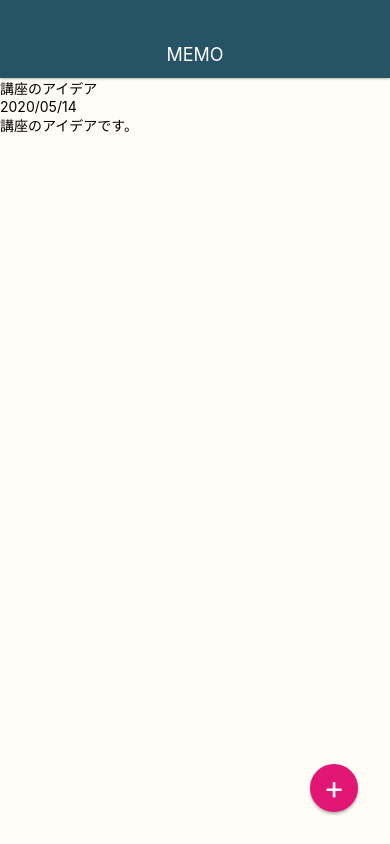
Repository: NagataRyuji0630/memo_app_for_reactNative
Page: /
The author's editor kept a copy of each file at every save. The page is drawn from the files as they stood at one save, then again after the next save.
The browser window is 390 px wide. The pictures show the whole page.
The app was drawn by React Native's web renderer in a window 390 px wide. The project was rebuilt for these pictures with package versions that can differ from the ones it lists, and the page was loaded fresh each time. Also part of the build but not shown: src/components/MemoList.jsx, src/screens/MemoListScreen.jsx.

Above is the page before, as saved 2020-05-14 09:59:07.

### App.js
import React from 'react';
import { StyleSheet, View } from 'react-native';
import AppBar from './src/components/AppBar';
import MemoListScreen from './src/screens/MemoListScreen'
import MemoDtailScreen from './src/screens/MemoDetailScreen';


export default class App extends React.Component {
  render() {
    return (
      <View style={styles.container}>
        <AppBar />
        <MemoDtailScreen />
      </View>
    );
  }
}

const styles = StyleSheet.create({
  container: {
    flex: 1,
    backgroundColor: '#FFFDF6',
    alignItems: 'center',
    justifyContent: 'center',
    paddingTop: 78,
  },
});

### src/components/AppBar.jsx
import React from 'react';
import { Component } from 'react';
import { StyleSheet, View, Text } from 'react-native';

const styles = StyleSheet.create({
    appbar: {
        position: 'absolute',
        top: 0,
        left: 0,
        right: 0,
        height: 78,
        paddingTop: 30,
        backgroundColor: '#265366',
        justifyContent: 'center',
        alignItems: 'center',
        shadowColor: '#000',
        shadowOffset: { width: 0, height: 0 },
        shadowOpacity: 0.5,
        shadowRadius: 3,
        zIndex: 10,
    },
    appbarTitle: {
        color: '#fff',
        fontSize: 18,
    },
});

class AppBar extends Component {
    render() {
        return (
            <View style={styles.appbar}>
                <View>
                    <Text style={styles.appbarTitle}>MEMO</Text>
                </View>
            </View>
        );
    }
}

export default AppBar;

### src/screens/MemoDetailScreen.jsx
import React from 'react';
import { Component } from 'react';
import { StyleSheet, View, Text } from 'react-native';
import CircleBtn from '../elements/CircleBtn';

const styles = StyleSheet.create({
    containar: {
        flex: 1,
        width: '100%',
    },
    memoHeader: {},
    memoHeaderTitle: {},
    memoHeaderDate: {},
    memoContent: {},
});

class MemoDetailScreen extends Component {
    render() {
        return (
            <View style={styles.containar}>
                <View style={styles.memoHeader}>
                    <Text style={styles.memoHeaderTitle}>講座のアイデア</Text>
                    <Text style={styles.memoHeaderDate}>2020/05/14</Text>
                </View>

                <View style={styles.memoContent}>
                    <Text>講座のアイデアです。</Text>
                </View>

                <CircleBtn>+</CircleBtn>
            </View>
        );
    }
}

export default MemoDetailScreen;

### src/elements/CircleBtn.jsx
import React from 'react';
import { Component } from 'react';
import { StyleSheet, View, Text } from 'react-native';

const styles = StyleSheet.create({
    circleBtn: {
        position: 'absolute',
        bottom: 32,
        right: 32,
        width: 48,
        height: 48,
        backgroundColor: '#E31675',
        borderRadius: 24,
        justifyContent: 'center',
        alignItems: 'center',
        shadowColor: '#000',
        shadowOffset: { width: 0, height: 2 },
        shadowOpacity: 0.3,
        shadowRadius: 3,
    },
    circleBtnTitle: {
        fontSize: 32,
        lineHeight: 32,
        color: 'white',
    }
});

class CircleBtn extends Component {
    render() {
        return (
            <View style={styles.circleBtn}>
                <Text style={styles.circleBtnTitle}>{this.props.children}</Text>
            </View>
        );
    }
}

export default CircleBtn;

After the next save:
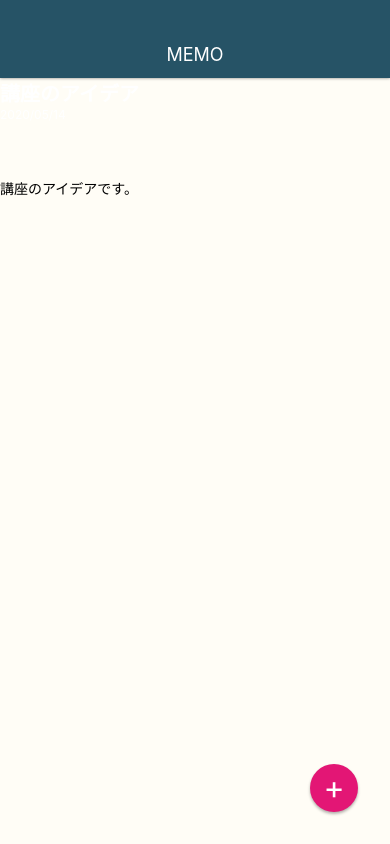
Saved 3 min 4 s later.
--- a/src/screens/MemoDetailScreen.jsx
+++ b/src/screens/MemoDetailScreen.jsx
@@ -8,9 +8,19 @@ const styles = StyleSheet.create({
         flex: 1,
         width: '100%',
     },
-    memoHeader: {},
-    memoHeaderTitle: {},
-    memoHeaderDate: {},
+    memoHeader: {
+        height: 100,
+        backgroundColor: '"#17313C',
+    },
+    memoHeaderTitle: {
+        fontSize: 20,
+        fontWeight: 'bold',
+        color: 'white',
+    },
+    memoHeaderDate: {
+        fontSize: 12,
+        color: 'white',
+    },
     memoContent: {},
 });
 
